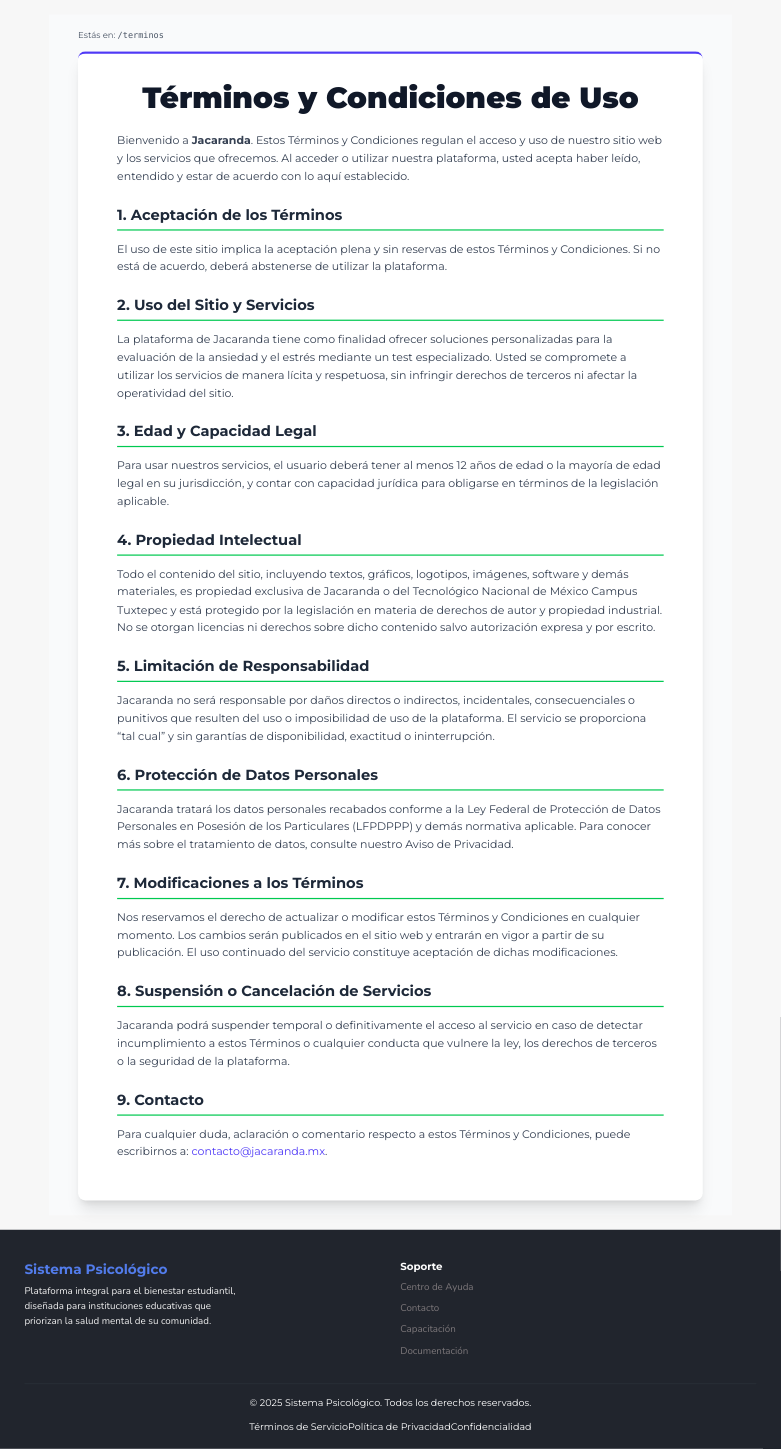
Repository: moon1710/SistemaPsico
Page: /terminos (app in client/)
These files come from the project's save history. The page is drawn as it stood at one moment and after the next save; the edit follows.
The browser window is 1280 px wide. The pictures show the whole page, at 61% of full size.
The project was rebuilt for these pictures with package versions that can differ from the ones it lists, and the page was loaded fresh each time. Also part of the build but not shown: client/vite.config.js, client/src/components/onboarding/onboardingConfig.js, client/src/components/onboarding/TutorialSteps.jsx, client/src/components/onboarding/WelcomeForm.jsx, client/src/components/onboarding/OnboardingModal.jsx, client/src/components/layout/AdaptiveSidebar/sidebarConfig.jsx, client/src/components/layout/AdaptiveSidebar/MenuItem.jsx, client/src/components/layout/AdaptiveSidebar/SidebarHeader.jsx and 40 more.

Above is the page before, as saved 2025-09-21 14:44:56.

### client/index.html
<!doctype html>
<html lang="en">
  <head>
    <meta charset="UTF-8" />
    <link rel="icon" type="image/svg+xml" href="/idea.png" />
    <meta name="viewport" content="width=device-width, initial-scale=1.0" />
    <title>Sistema Psicológico</title>
  </head>
  <body>
    <div id="root"></div>
    <script type="module" src="/src/main.jsx"></script>
  </body>
</html>

### client/src/App.jsx
import React from "react";
import { Routes, Route } from "react-router-dom";
import { useAuth } from "./contexts/AuthContext";

// Importar el provider y componentes del onboarding
import { OnboardingProvider } from "./contexts/OnboardingContext";
import OnboardingModal from "./components/onboarding/OnboardingModal";

import Layout from "./components/layout/Layout";
import PublicLayout from "./components/layout/PublicLayout";

import ProtectedRoute, {
  PublicOnlyRoute,
  PsychologyStaffRoute,
} from "./components/auth/ProtectedRoute";

import LandingPage from "./pages/LandingPage";
import LoginPage from "./pages/LoginPage";
import DashboardPage from "./pages/DashboardPage";

//Paginas de Info
import AboutUsPage from "./pages/AboutUsPage";
import HelpPage from "./pages/HelpPage";
import DocsPage from "./pages/DocsPage";
import TerminosPage from "./pages/TerminosPage";
import PrivacidadPage from "./pages/PrivacidadPage";
import ConfidencialidadPage from "./pages/ConfidencialidadPage";

//QuizzesPages
import PublicQuizzesPage from "./pages/quizzes/PublicQuizzesPage";
import TakeQuizPage from "./pages/quizzes/TakeQuizPage";
import MyResultsPage from "./pages/quizzes/MyResultsPage";
import AdminResultsPage from "./pages/quizzes/AdminResultsPage";
import AnalyticsPage from "./pages/quizzes/AnalyticsPage";

//AppointmentPages
import BookAppointmentPage from "./pages/citas/BookAppointmentPage";
import AgendaPage from "./pages/citas/AgendaPage";
import AvailabilityPage from "./pages/citas/AvailabilityPage";
import AppointmentDetailPage from "./pages/citas/AppointmentDetailPage";
import AdminAppointmentsPage from "./pages/citas/AdminAppointmentsPage";

import { ROUTES } from "./utils/constants";
import "./App.css";

function App() {
  const { isLoading } = useAuth();

  if (isLoading) {
    return (
      <div className="min-h-screen flex items-center justify-center bg-gray-50">
        <div className="text-center">
          <div className="animate-spin rounded-full h-12 w-12 border-b-2 border-blue-600 mx-auto mb-4"></div>
          <p className="text-gray-600">Cargando aplicación...</p>
        </div>
      </div>
    );
  }

  return (
    <OnboardingProvider>
      {/* Modal de Onboarding - Se mostrará automáticamente cuando sea la primera vez */}
      <OnboardingModal />
      <Routes>
      {/* Públicas solo para NO autenticados */}
      <Route
        path="/"
        element={
          <PublicOnlyRoute>
            <LandingPage />
          </PublicOnlyRoute>
        }
      />
      <Route
        path={ROUTES.LOGIN}
        element={
          <PublicOnlyRoute>
            <LoginPage />
          </PublicOnlyRoute>
        }
      />

      {/* Públicas ABIERTAS */}
      <Route
        path={ROUTES.ABOUTUS}
        element={
          <PublicLayout>
            <AboutUsPage />
          </PublicLayout>
        }
      />
      <Route
        path={ROUTES.HELP}
        element={
          <PublicLayout>
            <HelpPage />
          </PublicLayout>
        }
      />
      <Route
        path={ROUTES.TERMINOS}
        element={
          <PublicLayout>
            <TerminosPage />
          </PublicLayout>
        }
      />
      <Route
        path={ROUTES.PRIVACIDAD}
        element={
          <PublicLayout>
            <PrivacidadPage />
          </PublicLayout>
        }
      />
      <Route
        path={ROUTES.DOCUMENTACION}
        element={
          <PublicLayout>
            <DocsPage />
          </PublicLayout>
        }
      />
      <Route
        path={ROUTES.CONFINDENCIALIDAD}
        element={
          <PublicLayout>
            <ConfidencialidadPage />
          </PublicLayout>
        }
      />
      {/* Alias opcional correcto */}
      <Route
        path={ROUTES.CONFIDENCIALIDAD_ALIAS}
        element={
          <PublicLayout>
            <ConfidencialidadPage />
          </PublicLayout>
        }
      />

      {/* Quizzes (protegidas) */}
      <Route
        path={ROUTES.QUIZ_CONTESTAR}
        element={
          <ProtectedRoute>
            <Layout>
              <PublicQuizzesPage />
            </Layout>
          </ProtectedRoute>
        }
      />
      <Route
        path={ROUTES.QUIZ_CONTESTAR_DETALLE}
        element={
          <ProtectedRoute>
            <Layout>
              <TakeQuizPage />
            </Layout>
          </ProtectedRoute>
        }
      />
      <Route
        path={ROUTES.MIS_RESULTADOS}
        element={
          <ProtectedRoute>
            <Layout>
              <MyResultsPage />
            </Layout>
          </ProtectedRoute>
        }
      />
      <Route
        path={ROUTES.QUIZ_RESULTADOS_ADMIN}
        element={
          <ProtectedRoute requiredRoles={['PSICOLOGO', 'ORIENTADOR', 'ADMIN_INSTITUCION', 'SUPER_ADMIN_INSTITUCION', 'SUPER_ADMIN_NACIONAL']}>
            <Layout>
              <AdminResultsPage />
            </Layout>
          </ProtectedRoute>
        }
      />
      <Route
        path={ROUTES.QUIZ_ANALYTICS_ADMIN}
        element={
          <ProtectedRoute requiredRoles={['PSICOLOGO', 'ORIENTADOR', 'ADMIN_INSTITUCION', 'SUPER_ADMIN_INSTITUCION', 'SUPER_ADMIN_NACIONAL']}>
            <Layout>
              <AnalyticsPage />
            </Layout>
          </ProtectedRoute>
        }
      />

      {/* Appointment Routes */}
      {/* Student - Book Appointment */}
      <Route
        path={ROUTES.AGENDAR_CITA}
        element={
          <ProtectedRoute requiredRoles={['ESTUDIANTE']}>
            <Layout>
              <BookAppointmentPage />
            </Layout>
          </ProtectedRoute>
        }
      />

      {/* Appointment Detail - Accessible by students and psychologists */}
      <Route
        path={ROUTES.CITA_DETALLE}
        element={
          <ProtectedRoute requiredRoles={['ESTUDIANTE', 'PSICOLOGO']}>
            <Layout>
              <AppointmentDetailPage />
            </Layout>
          </ProtectedRoute>
        }
      />

      {/* Psychologist - Agenda */}
      <Route
        path={ROUTES.AGENDA}
        element={
          <ProtectedRoute requiredRoles={['PSICOLOGO']}>
            <Layout>
              <AgendaPage />
            </Layout>
          </ProtectedRoute>
        }
      />

      {/* Psychologist - Availability Configuration */}
      <Route
        path={ROUTES.DISPONIBILIDAD}
        element={
          <ProtectedRoute requiredRoles={['PSICOLOGO']}>
            <Layout>
              <AvailabilityPage />
            </Layout>
          </ProtectedRoute>
        }
      />

      {/* Admin - Appointments Management */}
      <Route
        path={ROUTES.CITAS_ADMIN}
        element={
          <ProtectedRoute requiredRoles={['ADMIN_INSTITUCION', 'SUPER_ADMIN_INSTITUCION', 'SUPER_ADMIN_NACIONAL']}>
            <Layout>
              <AdminAppointmentsPage />
            </Layout>
          </ProtectedRoute>
        }
      />

      {/* Protegidas */}
      <Route
        path={ROUTES.DASHBOARD}
        element={
          <ProtectedRoute>
            <Layout>
              <DashboardPage />
            </Layout>
          </ProtectedRoute>
        }
      />
      </Routes>
    </OnboardingProvider>
  );
}

export default App;

### client/src/contexts/OnboardingContext.jsx
// client/src/contexts/OnboardingContext.jsx
import React, { createContext, useContext, useState, useEffect } from "react";
import { useAuth } from "./AuthContext";

const OnboardingContext = createContext();

export const useOnboarding = () => {
  const context = useContext(OnboardingContext);
  if (!context) {
    throw new Error("useOnboarding debe usarse dentro de OnboardingProvider");
  }
  return context;
};

export const OnboardingProvider = ({ children }) => {
  const { user, setUser } = useAuth();
  const [isFirstTime, setIsFirstTime] = useState(false);
  const [showOnboarding, setShowOnboarding] = useState(false);
  const [currentStep, setCurrentStep] = useState(0);
  const [onboardingCompleted, setOnboardingCompleted] = useState(false);

  // Clave para localStorage basada en el usuario
  const getStorageKey = () => {
    return user?.id ? `onboarding_completed_${user.id}` : null;
  };

  // Verificar si es primera vez del usuario
  useEffect(() => {
    if (user?.id) {
      // PRIORIDAD TOTAL al campo perfilCompletado de la BD
      const profileCompleted = user.perfilCompletado === 1 || user.perfilCompletado === true;

      console.log('🔍 [OnboardingContext] Verificando estado:', {
        userId: user.id,
        perfilCompletado: user.perfilCompletado,
        profileCompleted,
        shouldShowModal: !profileCompleted
      });

      if (!profileCompleted) {
        // Perfil NO completado -> mostrar modal
        setIsFirstTime(true);
        setShowOnboarding(true);
        setOnboardingCompleted(false);
        console.log('📝 [OnboardingContext] Mostrando modal de onboarding');
      } else {
        // Perfil completado -> no mostrar modal
        setIsFirstTime(false);
        setShowOnboarding(false);
        setOnboardingCompleted(true);
        console.log('✅ [OnboardingContext] Perfil ya completado, ocultando modal');
      }
    }
  }, [user?.id, user?.perfilCompletado]);

  // Refrescar datos del usuario desde el servidor
  const refreshUserProfile = async () => {
    try {
      const token = localStorage.getItem('auth_token');
      if (!token) return;

      const response = await fetch('/api/auth/profile', {
        method: 'GET',
        headers: {
          'Authorization': `Bearer ${token}`,
          'Content-Type': 'application/json',
        },
        credentials: 'include',
      });

      if (response.ok) {
        const result = await response.json();
        if (result.success && result.data?.user) {
          const freshUser = result.data.user;
          setUser(freshUser);
          console.log('🔄 [OnboardingContext] Usuario refrescado desde servidor:', freshUser);

          // También actualizar localStorage
          localStorage.setItem('user_data', JSON.stringify(freshUser));
          return freshUser;
        }
      }
    } catch (error) {
      console.error('❌ [OnboardingContext] Error refrescando usuario:', error);
    }
    return null;
  };

  // Marcar onboarding como completado
  const completeOnboarding = async () => {
    if (user?.id) {
      const storageKey = getStorageKey();
      localStorage.setItem(storageKey, "true");
      setOnboardingCompleted(true);
      setShowOnboarding(false);
      setIsFirstTime(false);

      // IMPORTANTE: Obtener datos frescos del servidor en lugar de solo actualizar localmente
      console.log('🔄 [OnboardingContext] Refrescando datos del usuario desde servidor...');
      const freshUser = await refreshUserProfile();

      if (freshUser) {
        console.log('✅ [OnboardingContext] Usuario actualizado con datos frescos');
      } else {
        // Fallback: actualizar localmente si falla la petición
        const updatedUser = {
          ...user,
          perfilCompletado: 1
        };
        setUser(updatedUser);
        console.log('⚠️ [OnboardingContext] Fallback: Usuario actualizado localmente');
      }
    }
  };

  // Reiniciar onboarding (para testing o reactivar)
  const resetOnboarding = () => {
    if (user?.id) {
      const storageKey = getStorageKey();
      localStorage.removeItem(storageKey);
      setOnboardingCompleted(false);
      setIsFirstTime(true);
      setShowOnboarding(true);
      setCurrentStep(0);
    }
  };

  // Navegar entre pasos
  const nextStep = () => {
    setCurrentStep((prev) => prev + 1);
  };

  const prevStep = () => {
    setCurrentStep((prev) => Math.max(0, prev - 1));
  };

  const goToStep = (step) => {
    setCurrentStep(step);
  };

  // Cerrar onboarding sin completar
  const closeOnboarding = () => {
    setShowOnboarding(false);
  };

  const value = {
    isFirstTime,
    showOnboarding,
    currentStep,
    onboardingCompleted,
    completeOnboarding,
    resetOnboarding,
    nextStep,
    prevStep,
    goToStep,
    closeOnboarding,
    user,
  };

  return (
    <OnboardingContext.Provider value={value}>
      {children}
    </OnboardingContext.Provider>
  );
};

### client/src/components/layout/PublicLayout.jsx
// components/layout/PublicLayout.jsx
import Footer from "./Footer";

export default function PublicLayout({ children }) {
  return (
    <div className="min-h-screen bg-[#f7f7f7] text-[#1d1d1f]">
      <main className="max-w-6xl mx-auto px-4 py-6">{children}</main>
      <Footer />
    </div>
  );
}

### client/src/pages/TerminosPage.jsx
// src/pages/TerminosPage.jsx
import { useLocation } from "react-router-dom";

export default function TerminosPage() {
  const { pathname } = useLocation();

  return (
    <div className="p-6 text-lg bg-gray-50 min-h-screen">
      <div className="max-w-5xl mx-auto">
        <p className="mb-4 text-sm text-gray-600">
          Estás en: <code>{pathname}</code>
        </p>

        <div className="bg-white py-12 px-6 sm:px-10 lg:px-16 rounded-xl shadow-xl border-t-4 border-indigo-600">
          <h1 className="text-44 md:text-5xl font-extrabold text-center mb-8 text-gray-900">
            Términos y Condiciones de Uso
          </h1>

          <p className="mb-6 text-gray-700 leading-relaxed">
            Bienvenido a <strong>Jacaranda</strong>. Estos Términos y
            Condiciones regulan el acceso y uso de nuestro sitio web y los
            servicios que ofrecemos. Al acceder o utilizar nuestra plataforma,
            usted acepta haber leído, entendido y estar de acuerdo con lo aquí
            establecido.
          </p>

          {/* Sección 1 */}
          <h2 className="text-2xl font-bold mt-8 mb-4 text-gray-800 border-b-2 border-green-500 pb-2">
            1. Aceptación de los Términos
          </h2>
          <p className="mb-4 text-gray-700 leading-relaxed">
            El uso de este sitio implica la aceptación plena y sin reservas de
            estos Términos y Condiciones. Si no está de acuerdo, deberá abstenerse
            de utilizar la plataforma.
          </p>

          {/* Sección 2 */}
          <h2 className="text-2xl font-bold mt-8 mb-4 text-gray-800 border-b-2 border-green-500 pb-2">
            2. Uso del Sitio y Servicios
          </h2>
          <p className="mb-4 text-gray-700 leading-relaxed">
            La plataforma de Jacaranda tiene como finalidad ofrecer soluciones
            personalizadas para la evaluación de la ansiedad y el estrés mediante
            un test especializado. Usted se compromete a utilizar los servicios
            de manera lícita y respetuosa, sin infringir derechos de terceros ni
            afectar la operatividad del sitio.
          </p>

          {/* Sección 3 */}
          <h2 className="text-2xl font-bold mt-8 mb-4 text-gray-800 border-b-2 border-green-500 pb-2">
            3. Edad y Capacidad Legal
          </h2>
          <p className="mb-4 text-gray-700 leading-relaxed">
            Para usar nuestros servicios, el usuario deberá tener al menos 12
            años de edad o la mayoría de edad legal en su jurisdicción, y contar
            con capacidad jurídica para obligarse en términos de la legislación
            aplicable.
          </p>

          {/* Sección 4 */}
          <h2 className="text-2xl font-bold mt-8 mb-4 text-gray-800 border-b-2 border-green-500 pb-2">
            4. Propiedad Intelectual
          </h2>
          <p className="mb-4 text-gray-700 leading-relaxed">
            Todo el contenido del sitio, incluyendo textos, gráficos, logotipos,
            imágenes, software y demás materiales, es propiedad exclusiva de
            Jacaranda o del Tecnológico Nacional de México Campus Tuxtepec y
            está protegido por la legislación en materia de derechos de autor y
            propiedad industrial. No se otorgan licencias ni derechos sobre dicho
            contenido salvo autorización expresa y por escrito.
          </p>

          {/* Sección 5 */}
          <h2 className="text-2xl font-bold mt-8 mb-4 text-gray-800 border-b-2 border-green-500 pb-2">
            5. Limitación de Responsabilidad
          </h2>
          <p className="mb-4 text-gray-700 leading-relaxed">
            Jacaranda no será responsable por daños directos o indirectos,
            incidentales, consecuenciales o punitivos que resulten del uso o
            imposibilidad de uso de la plataforma. El servicio se proporciona
            “tal cual” y sin garantías de disponibilidad, exactitud o
            ininterrupción.
          </p>

          {/* Sección 6 */}
          <h2 className="text-2xl font-bold mt-8 mb-4 text-gray-800 border-b-2 border-green-500 pb-2">
            6. Protección de Datos Personales
          </h2>
          <p className="mb-4 text-gray-700 leading-relaxed">
            Jacaranda tratará los datos personales recabados conforme a la Ley
            Federal de Protección de Datos Personales en Posesión de los
            Particulares (LFPDPPP) y demás normativa aplicable. Para conocer más
            sobre el tratamiento de datos, consulte nuestro Aviso de Privacidad.
          </p>

          {/* Sección 7 */}
          <h2 className="text-2xl font-bold mt-8 mb-4 text-gray-800 border-b-2 border-green-500 pb-2">
            7. Modificaciones a los Términos
          </h2>
          <p className="mb-4 text-gray-700 leading-relaxed">
            Nos reservamos el derecho de actualizar o modificar estos Términos y
            Condiciones en cualquier momento. Los cambios serán publicados en el
            sitio web y entrarán en vigor a partir de su publicación. El uso
            continuado del servicio constituye aceptación de dichas
            modificaciones.
          </p>

          {/* Sección 8 */}
          <h2 className="text-2xl font-bold mt-8 mb-4 text-gray-800 border-b-2 border-green-500 pb-2">
            8. Suspensión o Cancelación de Servicios
          </h2>
          <p className="mb-4 text-gray-700 leading-relaxed">
            Jacaranda podrá suspender temporal o definitivamente el acceso al
            servicio en caso de detectar incumplimiento a estos Términos o
            cualquier conducta que vulnere la ley, los derechos de terceros o la
            seguridad de la plataforma.
          </p>

          {/* Sección 9 */}
          <h2 className="text-2xl font-bold mt-8 mb-4 text-gray-800 border-b-2 border-green-500 pb-2">
            9. Contacto
          </h2>
          <p className="mb-4 text-gray-700 leading-relaxed">
            Para cualquier duda, aclaración o comentario respecto a estos
            Términos y Condiciones, puede escribirnos a:{" "}
            <a
              href="mailto:contacto@jacaranda.mx"
              className="text-indigo-600 hover:underline"
            >
              contacto@jacaranda.mx
            </a>
            .
          </p>
        </div>
      </div>
    </div>
  );
}

### client/src/components/layout/Footer.jsx
import { Link } from "react-router-dom";
import { ROUTES } from "../../utils/constants";

export default function Footer() {
  return (
    <footer className="footer">
      <div className="footer-inner">
        <div className="footer-main">
          <div>
            <h3 className="footer-title">Sistema Psicológico</h3>
            <p className="footer-desc">
              Plataforma integral para el bienestar estudiantil, diseñada para
              instituciones educativas que priorizan la salud mental de su
              comunidad.
            </p>
          </div>

          <div>
            <h4
              className="footer-title"
              style={{ color: "#fff", fontWeight: 600, fontSize: "1.05rem" }}
            >
              Soporte
            </h4>
            <ul className="footer-links">
              <li>
                <Link to={ROUTES.HELP}>Centro de Ayuda</Link>
              </li>
              <li>
                <Link to={ROUTES.ABOUTUS}>Contacto</Link>
              </li>
              <li>
                <Link to={ROUTES.DOCUMENTACION}>Capacitación</Link>
              </li>
              <li>
                <Link to={ROUTES.DOCUMENTACION}>Documentación</Link>
              </li>
            </ul>
          </div>
        </div>

        <div className="footer-bottom">
          <p>
            © {new Date().getFullYear()} Sistema Psicológico. Todos los derechos
            reservados.
          </p>
          <div className="footer-bottom-links">
            <Link to={ROUTES.TERMINOS}>Términos de Servicio</Link>
            <Link to={ROUTES.PRIVACIDAD}>Política de Privacidad</Link>
            <Link to={ROUTES.CONFINDENCIALIDAD}>Confidencialidad</Link>
          </div>
        </div>
      </div>
    </footer>
  );
}

Loaded but not shown: client/src/main.jsx (common file); client/src/App.css (common file); client/src/utils/constants.js (213 lines, source omitted); client/src/services/authService.js (219 lines, source omitted); client/src/utils/roles.js (38 lines, source omitted); client/src/index.css (441 lines, source omitted); client/src/contexts/AuthContext.jsx (292 lines, source omitted)

After the next save:
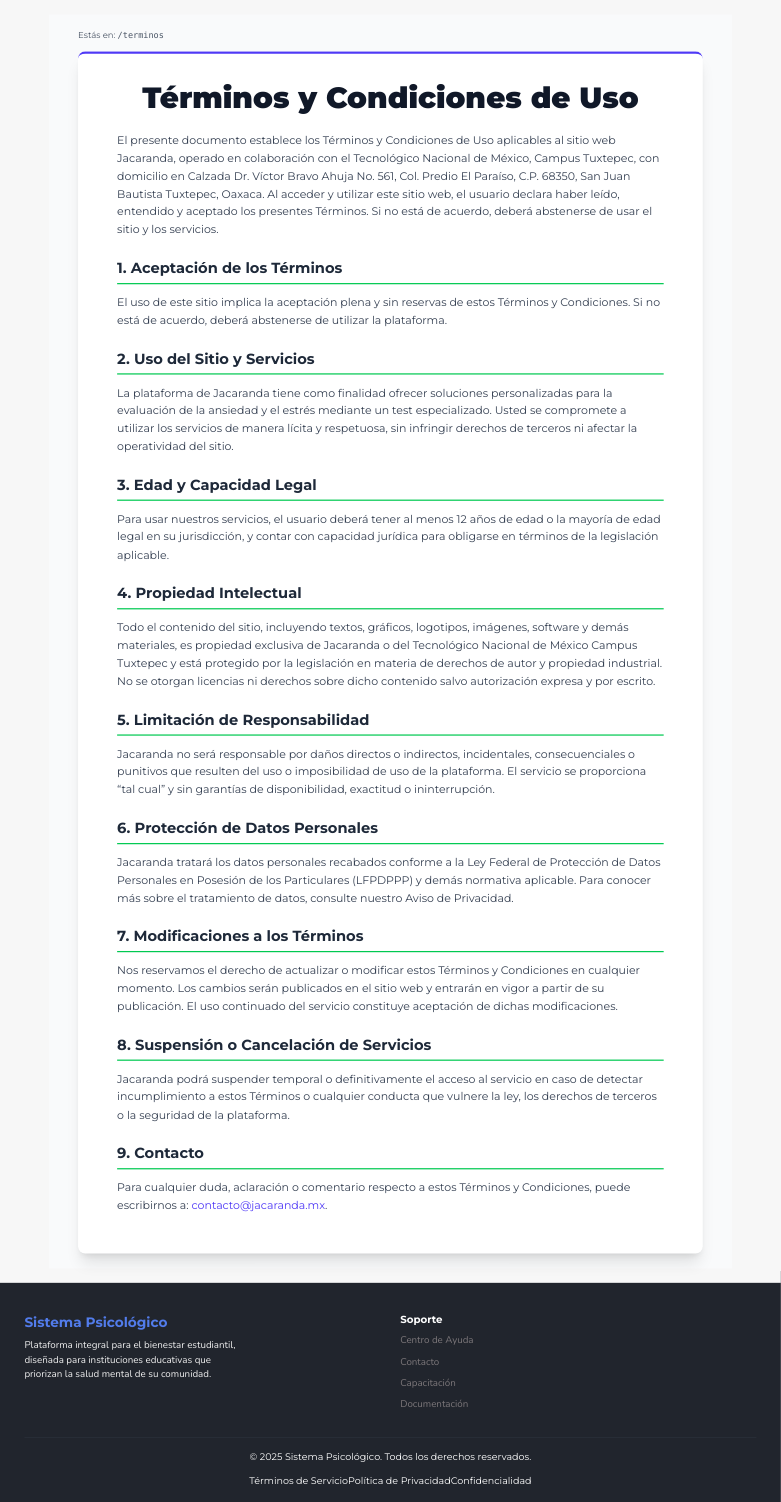
Saved 73 s later.
--- a/client/src/pages/TerminosPage.jsx
+++ b/client/src/pages/TerminosPage.jsx
@@ -17,11 +17,9 @@ export default function TerminosPage() {
           </h1>
 
           <p className="mb-6 text-gray-700 leading-relaxed">
-            Bienvenido a <strong>Jacaranda</strong>. Estos Términos y
-            Condiciones regulan el acceso y uso de nuestro sitio web y los
-            servicios que ofrecemos. Al acceder o utilizar nuestra plataforma,
-            usted acepta haber leído, entendido y estar de acuerdo con lo aquí
-            establecido.
+            El presente documento establece los Términos y Condiciones de Uso aplicables al sitio web Jacaranda, operado en colaboración con el Tecnológico Nacional de México, Campus Tuxtepec, con domicilio en Calzada Dr. Víctor Bravo Ahuja No. 561, Col. Predio El Paraíso, C.P. 68350, San Juan Bautista Tuxtepec, Oaxaca.
+
+Al acceder y utilizar este sitio web, el usuario declara haber leído, entendido y aceptado los presentes Términos. Si no está de acuerdo, deberá abstenerse de usar el sitio y los servicios.
           </p>
 
           {/* Sección 1 */}
